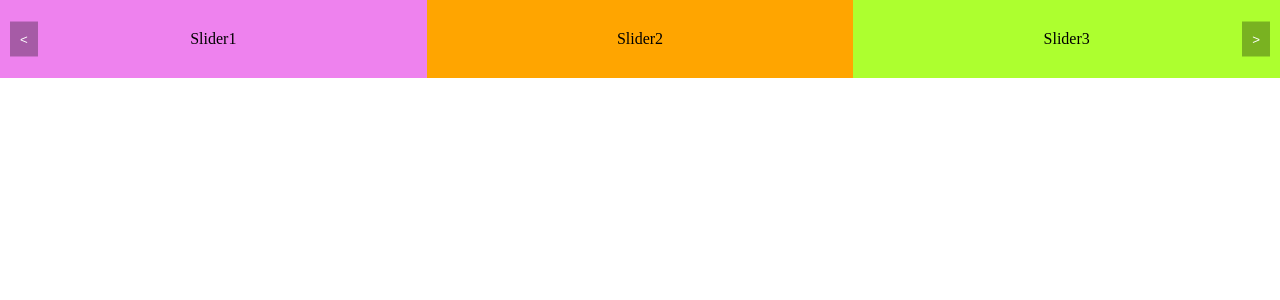
Repository: hoangan3526/Slideslip
Page: slidezy.html
An editor plug-in stored every save of this project. The page is shown before and after the next save, followed by the edit.
The browser window is 1280 px wide. The pictures show the whole page.

Above is the page before, as saved 2026-05-15 12:08:14.

After the next save:
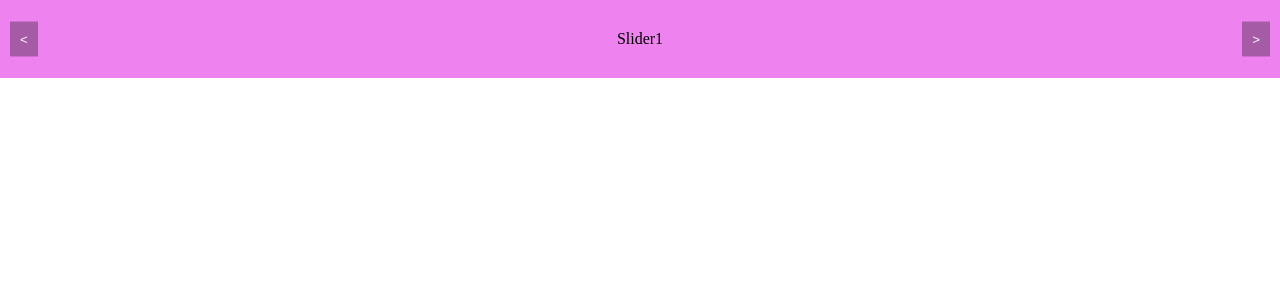
Saved 22 s later.
--- a/slidezy.html
+++ b/slidezy.html
@@ -42,7 +42,7 @@
     <script src="./src/slidezy.js"></script>
     <script>
       const slide = new Slidezy("#my-slider", {
-        items: 3,
+        items: 1,
         loop: true,
       });
       console.log(slide);

After the 3 saves that followed:
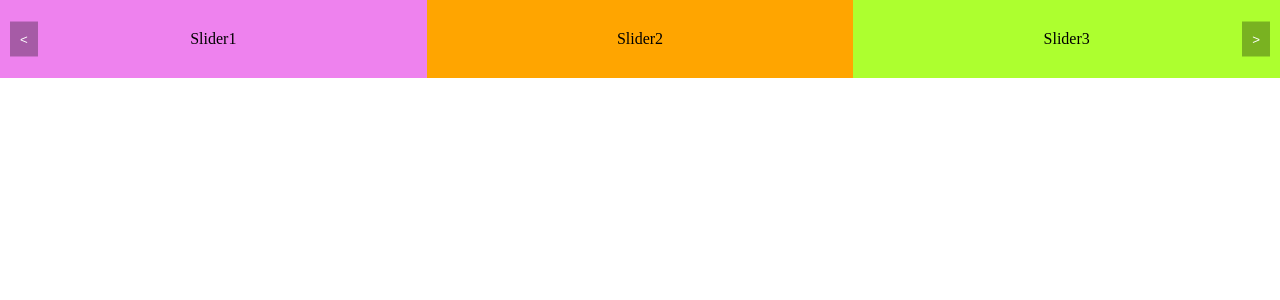
The 3 saves are shown as one change because 2 left the picture as it was.
The last was saved 2 min 40 s later.
--- a/slidezy.html
+++ b/slidezy.html
@@ -42,7 +42,7 @@
     <script src="./src/slidezy.js"></script>
     <script>
       const slide = new Slidezy("#my-slider", {
-        items: 1,
+        items: 3,
         loop: true,
       });
       console.log(slide);
--- a/src/slidezy.js
+++ b/src/slidezy.js
@@ -52,11 +52,11 @@ Slidezy.prototype.createNavigation = function () {
 Slidezy.prototype.moveSlide = function (step) {
   this.currentIndex = Math.min(
     Math.max(this.currentIndex + step, 0),
-    this.slides.length - 3,
+    this.slides.length - this.opt.items,
   );
   console.log(this.currentIndex);
 
-  this.offset = this.currentIndex * -100;
+  this.offset = this.currentIndex * -(100 / this.opt.items);
   console.log(this.offset);
 
   this.track.style.transform = `translateX(${this.offset}%)`;
